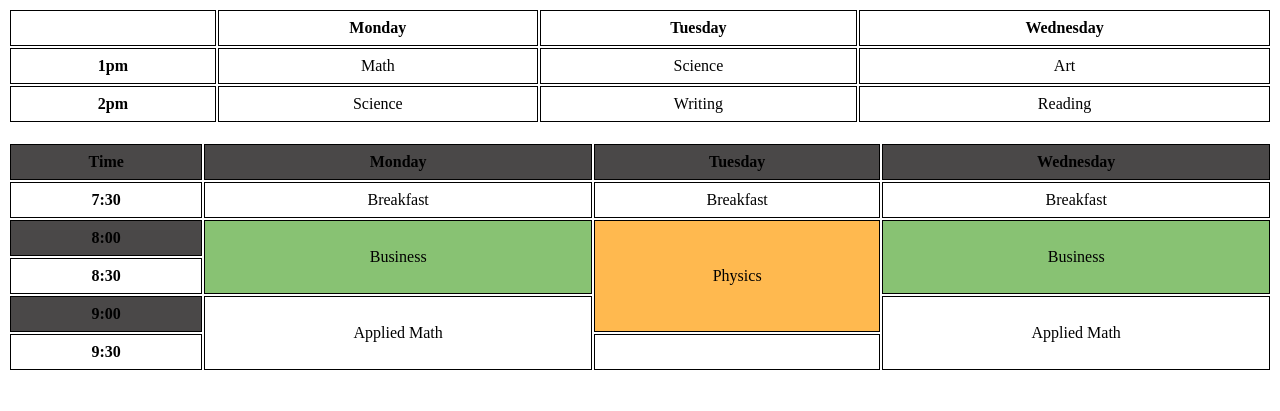
Repository: jefflai0412/website_design
Page: task1.html
These files come from the project's save history. The page is drawn as it stood at one moment and after the next save; the edit follows.
The browser window is 1280 px wide. The pictures show the whole page.

Above is the page before, as saved 2024-10-18 14:10:57.

After the next save:
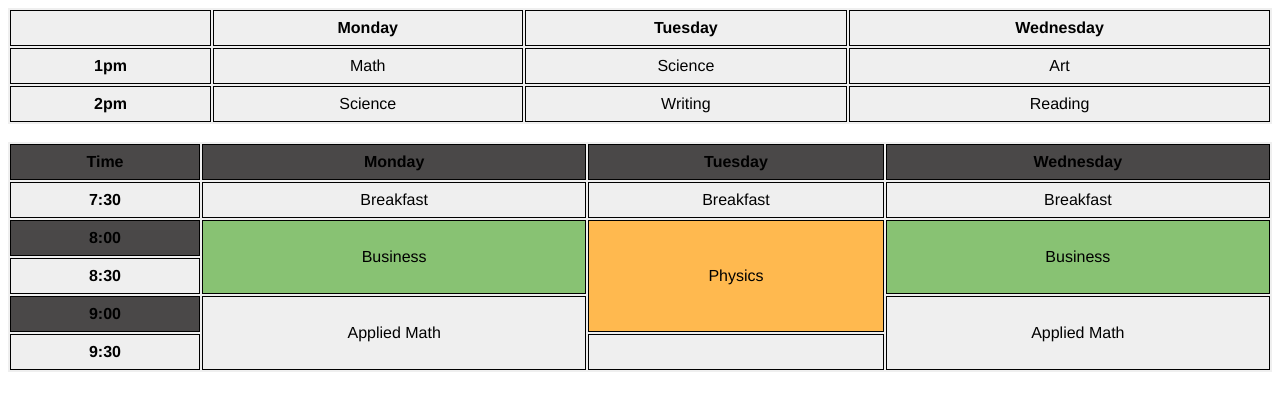
Saved 91 s later.
--- a/task1.html
+++ b/task1.html
@@ -7,7 +7,8 @@
     <style>
         table {
             width: 100%;
-            /* background-color: #efefef; */
+            background-color: #efefef;
+            font-family:'Franklin Gothic Medium', 'Arial Narrow', Arial, sans-serif;
         }
 
         th, td {
